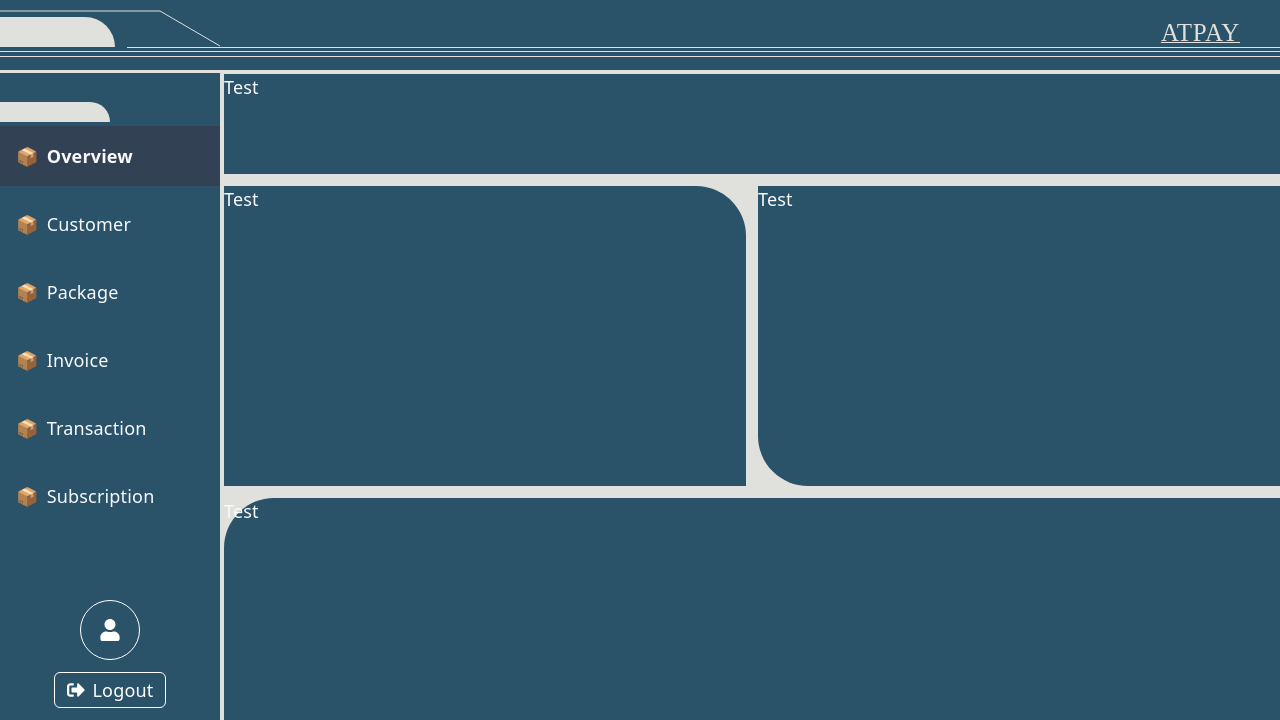
Repository: Farazdaq/stripe-payment-integration
Page: /dashboard (app in stripe-integration-react-dashboard/)
An editor plug-in stored every save of this project. The page is shown before and after the next save, followed by the edit.
The browser window is 1280 px wide. The pictures show the whole page.
An inner scrolling area shows only its first screen. Some web fonts or font styles are not loaded; a fallback is used. The project was rebuilt for these pictures with package versions that can differ from the ones it lists, and the page was loaded fresh each time. Also part of the build but not shown: stripe-integration-react-dashboard/vite.config.ts, stripe-integration-react-dashboard/src/App.css, stripe-integration-react-dashboard/src/features/dashboard/pages/Customer.tsx, stripe-integration-react-dashboard/src/features/dashboard/pages/Package.tsx, stripe-integration-react-dashboard/src/features/dashboard/pages/Invoice.tsx, stripe-integration-react-dashboard/src/features/dashboard/pages/Transaction.tsx, stripe-integration-react-dashboard/src/features/dashboard/pages/Subscription.tsx.

Above is the page before, as saved 2026-05-13 16:10:57.

After the next save:
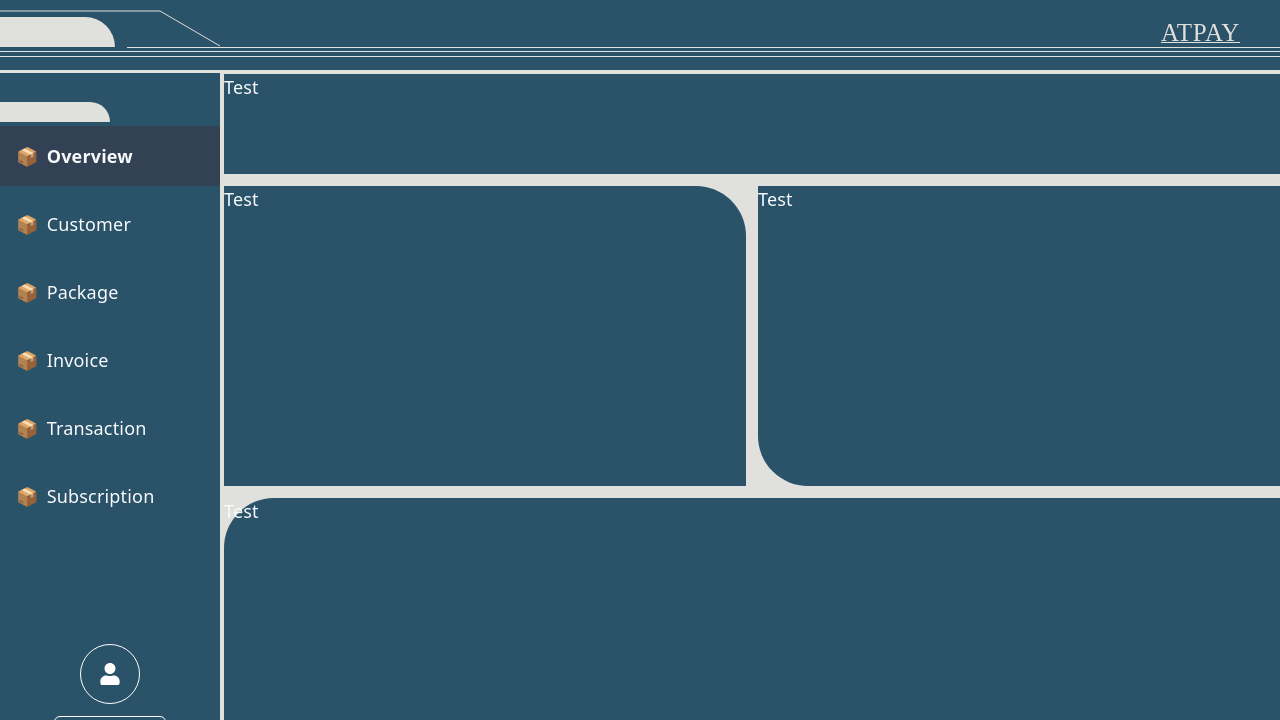
Saved 6 s later.
--- a/stripe-integration-react-dashboard/src/features/dashboard/layout/Sidebar/Sidebar.tsx
+++ b/stripe-integration-react-dashboard/src/features/dashboard/layout/Sidebar/Sidebar.tsx
@@ -56,7 +56,7 @@ export default function Sidebar({ active, setActive }: SidebarProps) {
         );
       })}
 
-      <div className=" mt-[30%]">
+      <div className=" mt-[50%]">
         <AccountController
           isLogIn={true}
           direction="column"
